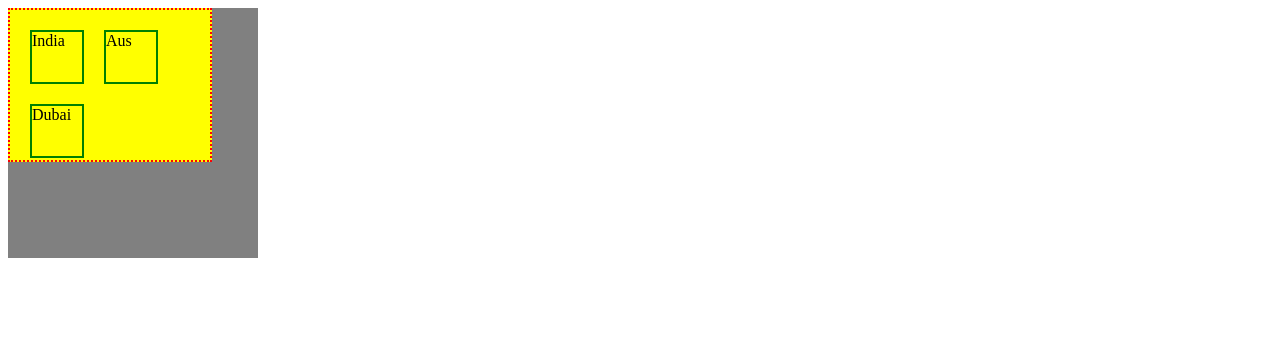
Repository: venkatesakki/JavaDeveloper
Page: css_examples/src/main/webapp/uderstandingBoxModel.html
An editor plug-in stored every save of this project. The page is shown before and after the next save, followed by the edit.
The browser window is 1280 px wide. The pictures show the whole page.

Above is the page before, as saved 2022-06-27 07:16:50.

After the next save:
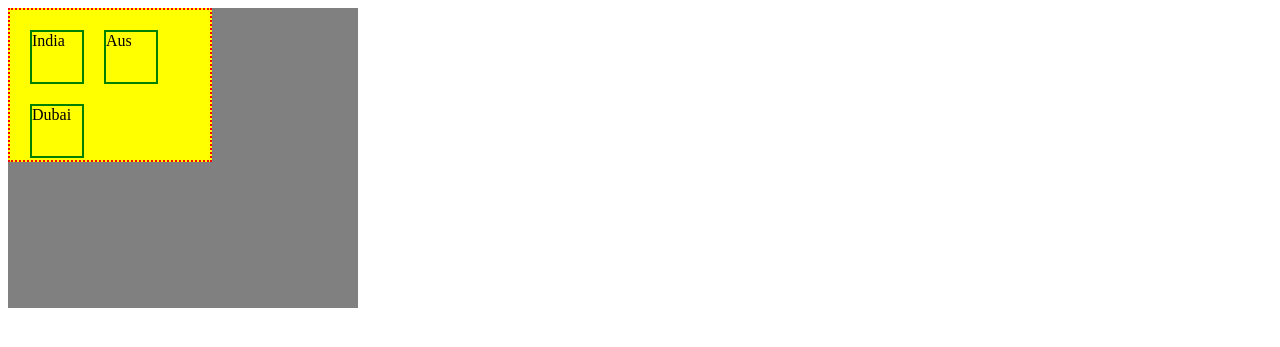
Saved 35 s later.
--- a/css_examples/src/main/webapp/styles/boxmodel.css
+++ b/css_examples/src/main/webapp/styles/boxmodel.css
@@ -2,8 +2,8 @@
 
 .outer{
 
-	width:250px;
-	height:250px;
+	width:350px;
+	height:300px;
 	border:1px solid megenta;
 	background-color: grey;
 }
